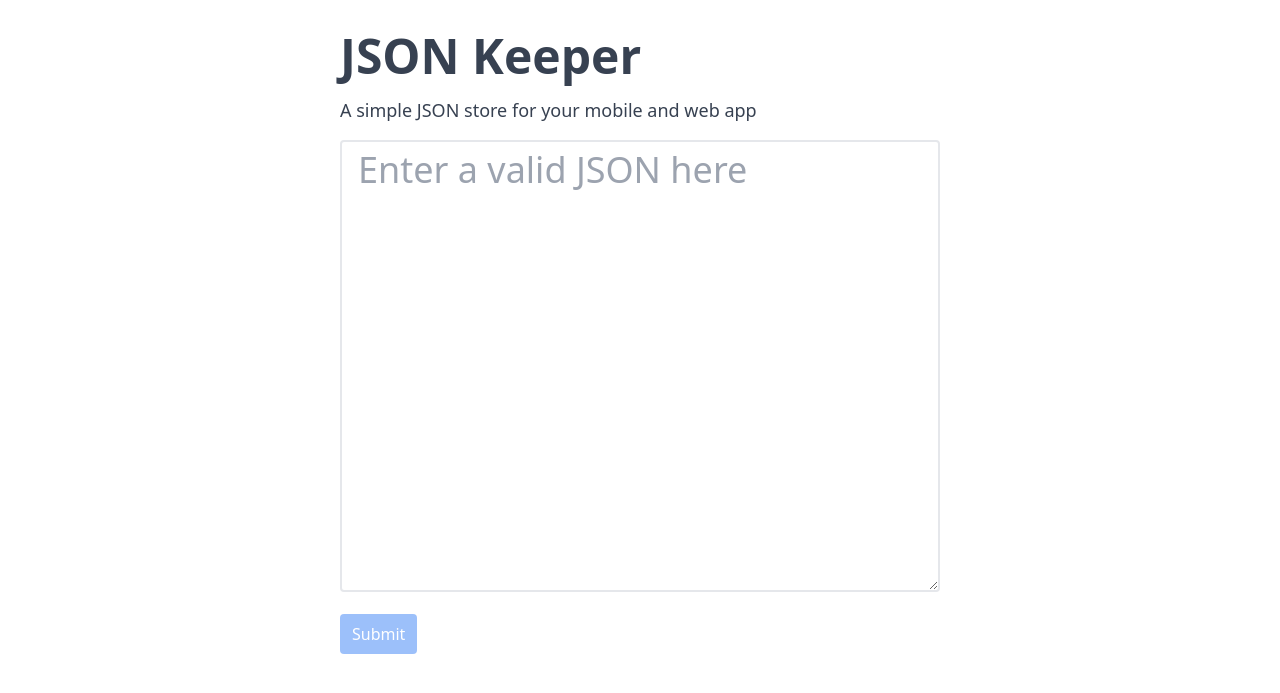
Repository: lakshithapramodya/jsonhub
Page: / (app in client/)
The author's editor kept a copy of each file at every save. The page is drawn from the files as they stood at one save, then again after the next save.
The browser window is 1280 px wide. The pictures show the whole page.
The page's requests for data from a server got no answer. The project was rebuilt for these pictures with package versions that can differ from the ones it lists, and the page was loaded fresh each time. No one was signed in, and anything a server would have sent is missing. Also part of the build but not shown: client/src/HandleJsonData.js.

Above is the page before, as saved 2023-05-10 12:21:45.

### client/src/index.js
import React from "react";
import ReactDOM from "react-dom/client";
import "./index.css";
import App from "./App";
import { BrowserRouter, Route, Routes } from "react-router-dom";
import HandleJsonData from "./HandleJsonData";

const root = ReactDOM.createRoot(document.getElementById("root"));
root.render(
  <React.StrictMode>
    <BrowserRouter>
      <Routes>
        <Route path="/" element={<App />} />
        <Route path=":url" element={<HandleJsonData />} />
      </Routes>
    </BrowserRouter>
  </React.StrictMode>
);

### client/src/App.js
import { useState } from "react";
import { SERVER_ENDPOINT } from "./config/Default";
import axios from "axios";

function App() {
  const [input, setInput] = useState([]);
  const [url, setUrl] = useState("");

  const sendRequest = async () => {
    const res = await axios
      .post(`${SERVER_ENDPOINT}/api/json`, {
        text: input,
      })
      .then()
      .catch((err) => console.log(err));
    const data = res.data;
    return data;
  };

  const handleSubmit = (e) => {
    e.preventDefault();
    sendRequest().then((res) => {
      console.log(res.url);
      res && setInput([]);
      setUrl(res.url);
    });
  };

  function isJsonString(str) {
    try {
      JSON.parse(str);
    } catch (e) {
      return false;
    }
    return true;
  }

  return (
    <div className="min-w-full min-h-screen flex flex-col">
      {url && (
        <a href={`${SERVER_ENDPOINT}/${url}`}>{`${SERVER_ENDPOINT}/${url}`}</a>
      )}
      <div className="flex flex-col mx-auto mt-8 w-full md:w-1/2 items-center justify-center">
        <form onSubmit={handleSubmit} className="w-full space-y-4 px-5">
          <h1 className="text-5xl font-semibold text-gray-700">JSON Keeper</h1>
          <p className="text-gray-700 text-lg">
            A simple JSON store for your mobile and web app
          </p>
          <textarea
            placeholder="Enter a valid JSON here"
            onChange={(e) => setInput(e.target.value)}
            value={input}
            rows={18}
            className="border-2 w-full rounded p-2 px-4 placeholder:text-4xl"
          />
          <button
            className="bg-blue-500 p-2 px-3 rounded text-white disabled:opacity-50"
            disabled={!isJsonString(input)}
            type="submit"
          >
            Submit
          </button>
        </form>
      </div>
    </div>
  );
}

export default App;

### client/src/config/Default.js
export const SERVER_ENDPOINT =
  process.env.REACT_APP_SERVER_ENDPOINT || "http://localhost:5000";

Loaded but not shown: client/public/index.html (common file); client/src/index.css (common file); client/tailwind.config.js (common file)

After the next save:
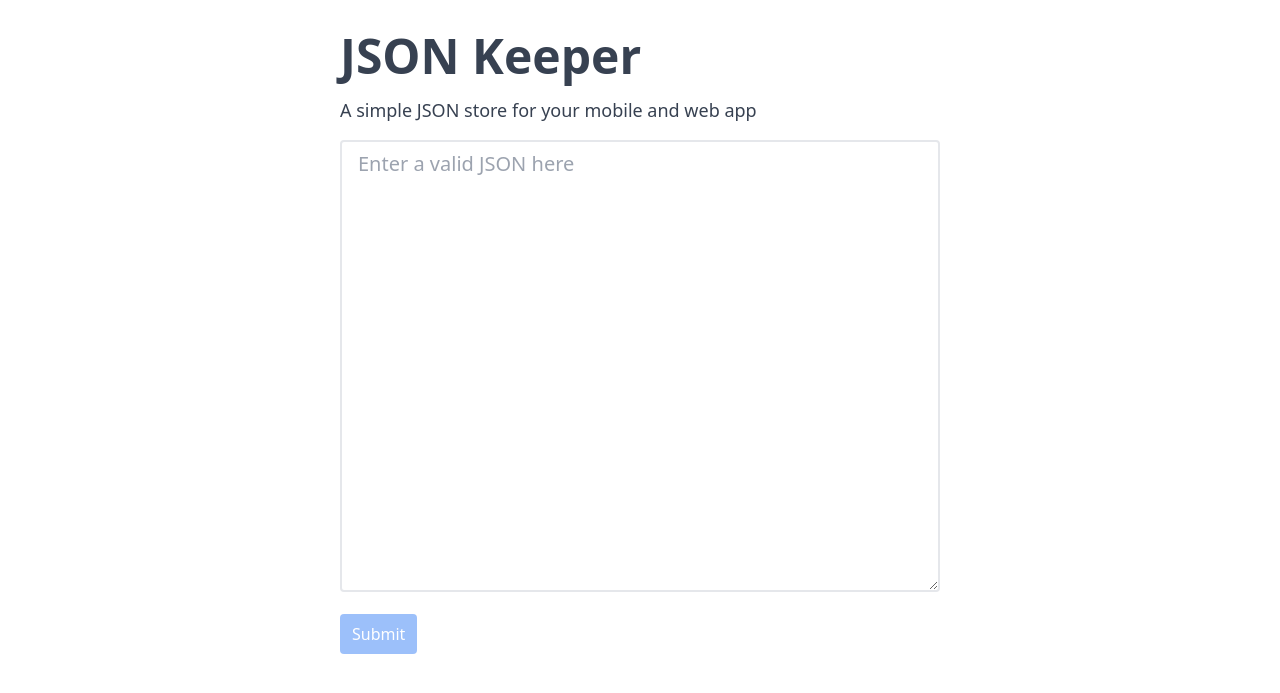
Saved 5 s later.
--- a/client/src/App.js
+++ b/client/src/App.js
@@ -51,7 +51,7 @@ function App() {
             onChange={(e) => setInput(e.target.value)}
             value={input}
             rows={18}
-            className="border-2 w-full rounded p-2 px-4 placeholder:text-4xl"
+            className="border-2 w-full rounded p-2 px-4 placeholder:text-xl"
           />
           <button
             className="bg-blue-500 p-2 px-3 rounded text-white disabled:opacity-50"
